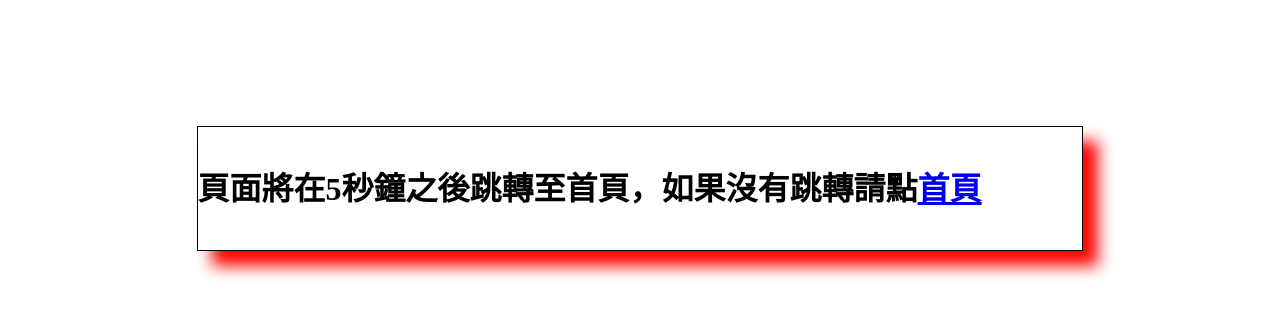
Repository: cctytw2000/JavaSecondProject
Page: http://localhost/EEIT109_35/member/jump.jsp
An editor plug-in stored every save of this project. The page is shown before and after a run of saves, followed by the edit.
The browser window is 1280 px wide. The pictures show the whole page.
The page is served by Tomcat 9. Other server files are loaded and not shown.

Above is the page before, as saved 2019-09-07 07:50:48.

### Member/EEIT109_35/src/main/webapp/member/jump.jsp
<%@ page language="java" contentType="text/html; charset=UTF-8"
	pageEncoding="UTF-8"%>
<!DOCTYPE html>
<html>
<head>
<meta charset="UTF-8">

<!--  <meta http-equiv="refresh" content="5;url=../home.jsp">-->
<title>Insert title here</title>
</head>
<body>

	<div style="border: 1px solid black;width:70%;height:30%;margin:10% auto;box-shadow: 15px 15px 15px red;">
		<h1 style="line-height: 2.5em">
			頁面將在5秒鐘之後跳轉至首頁，如果沒有跳轉請點<a href="../home.jsp">首頁</a>
		</h1>
	</div>
</body>
</html>

After the next 2 saves:
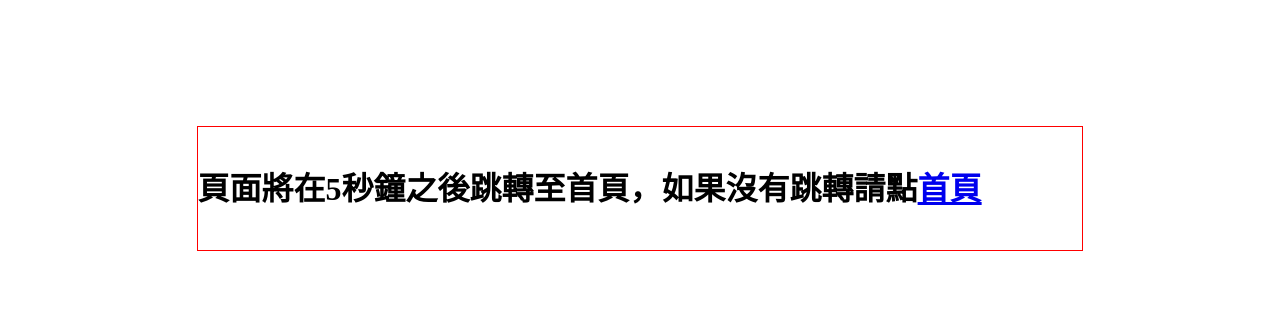
The 2 saves are shown as one change because they came seconds apart.
The last was saved 39 s later.
--- a/Member/EEIT109_35/src/main/webapp/member/jump.jsp
+++ b/Member/EEIT109_35/src/main/webapp/member/jump.jsp
@@ -10,7 +10,7 @@
 </head>
 <body>
 
-	<div style="border: 1px solid black;width:70%;height:30%;margin:10% auto;box-shadow: 15px 15px 15px red;">
+	<div style="border: 1px solid red;width:70%;height:30%;margin:10% auto;box-shadow: 15px 15px 15px orenge;">
 		<h1 style="line-height: 2.5em">
 			頁面將在5秒鐘之後跳轉至首頁，如果沒有跳轉請點<a href="../home.jsp">首頁</a>
 		</h1>
